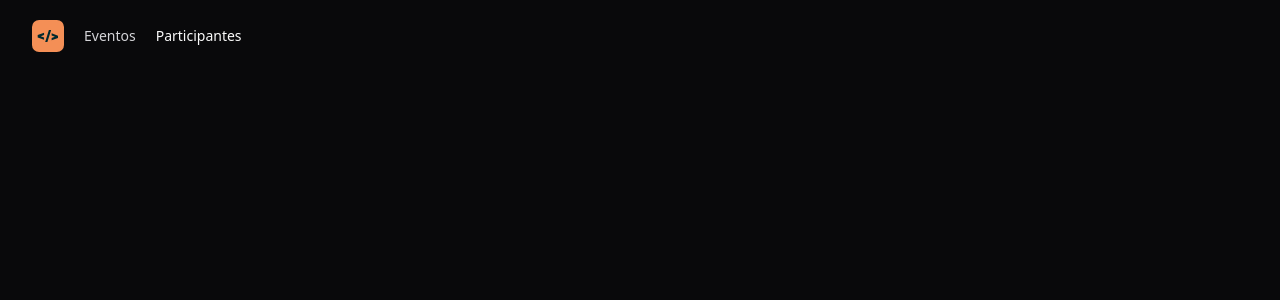
Repository: guilhermecardoso93/nlw-unite-react-2024
Page: /
An editor plug-in stored every save of this project. The page is shown before and after the next save, followed by the edit.
The browser window is 1280 px wide. The pictures show the whole page.
The project was rebuilt for these pictures with package versions that can differ from the ones it lists, and the page was loaded fresh each time. Also part of the build but not shown: vite.config.ts.

Above is the page before, as saved 2024-04-01 21:11:33.

After the next save:
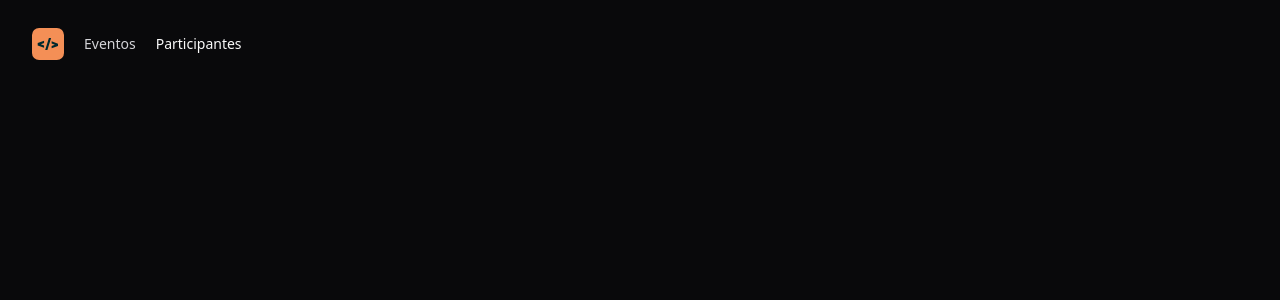
Saved 13 s later.
--- a/src/components/header.tsx
+++ b/src/components/header.tsx
@@ -2,7 +2,7 @@ import Logo from "../assets/nlw-unite-icon.svg";
 
 export function Header() {
   return (
-    <div className="flex items-center gap-5">
+    <div className="flex items-center gap-5 py-2">
       <img src={Logo} alt="logo" />
 
       <nav className="flex items-center gap-5">
